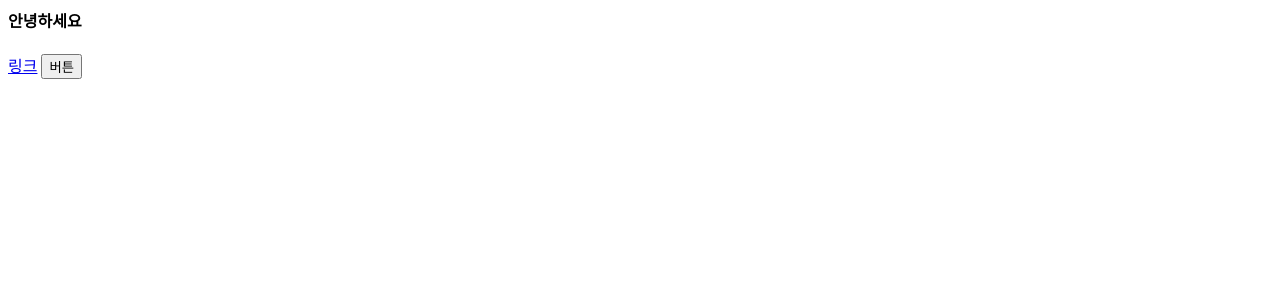
Repository: hdsshj/Typescript
Page: 08_DocumentControl/index.html
The author's editor kept a copy of each file at every save. The page is drawn from the files as they stood at one save, then again after the next save.
The browser window is 1280 px wide. The pictures show the whole page.

Above is the page before, as saved 2022-06-20 06:35:47.

After the next save:
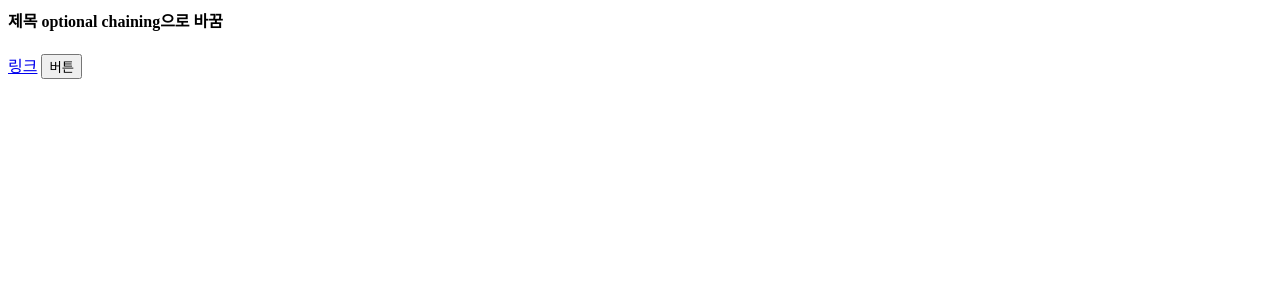
Saved 21 s later.
--- a/08_DocumentControl/index.html
+++ b/08_DocumentControl/index.html
@@ -2,4 +2,4 @@
 <a href="www.naver.com">링크</a>
 <button id="button">버튼</button>
 
-<script></script>
+<script src="index.js"></script>
